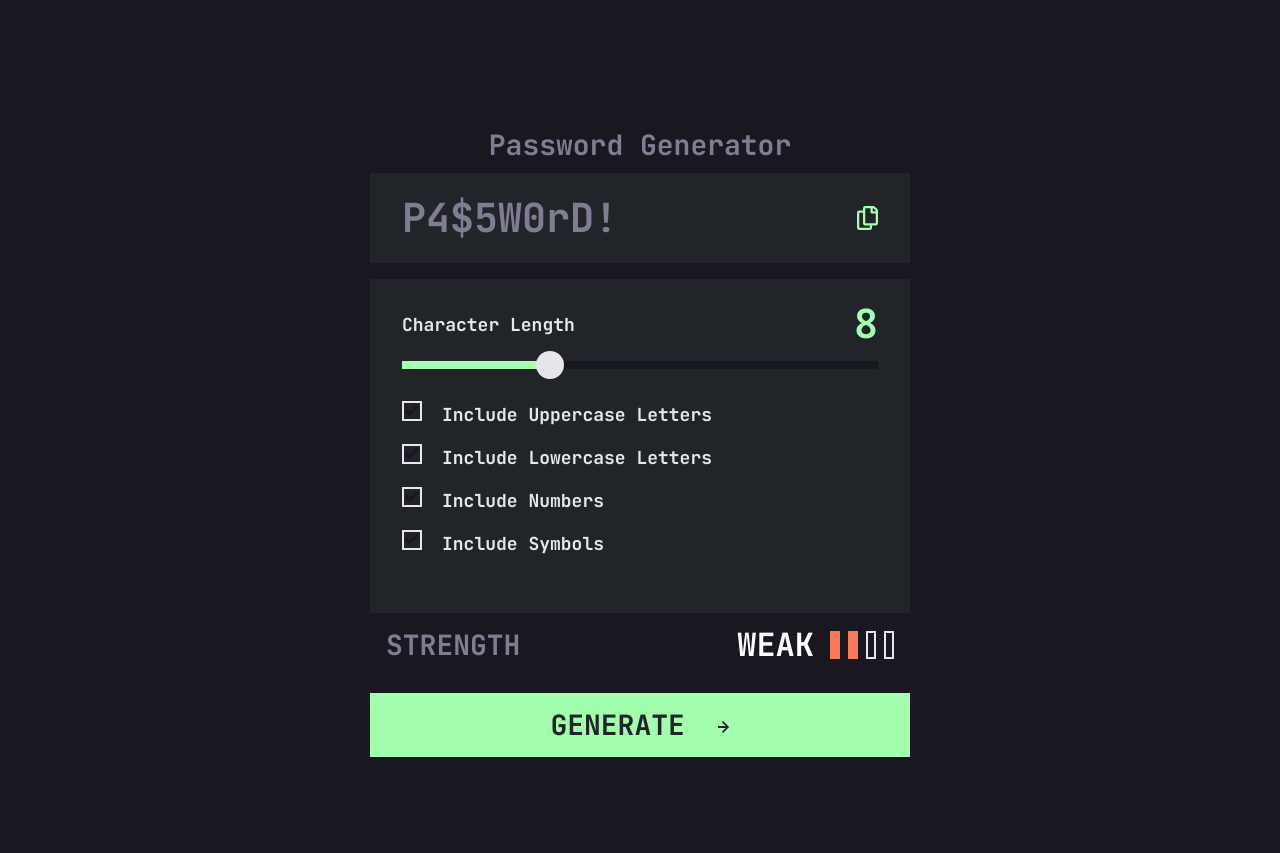
Repository: blordeus/password-generator-app
Page: starter-code/index.html
An editor plug-in stored every save of this project. The page is shown before and after the next save, followed by the edit.
The browser window is 1280 px wide. The pictures show the whole page.

Above is the page before, as saved 2023-10-05 20:44:58.

### starter-code/index.html
<!DOCTYPE html>
<html lang="en">
<head>
  <meta charset="UTF-8">
  <meta name="viewport" content="width=device-width, initial-scale=1.0">
  <link href="https://cdn.jsdelivr.net/npm/bootstrap@5.3.2/dist/css/bootstrap.min.css" rel="stylesheet" integrity="sha384-T3c6CoIi6uLrA9TneNEoa7RxnatzjcDSCmG1MXxSR1GAsXEV/Dwwykc2MPK8M2HN" crossorigin="anonymous">
  <script src="https://cdn.jsdelivr.net/npm/bootstrap@5.3.2/dist/js/bootstrap.bundle.min.js" integrity="sha384-C6RzsynM9kWDrMNeT87bh95OGNyZPhcTNXj1NW7RuBCsyN/o0jlpcV8Qyq46cDfL" crossorigin="anonymous" defer></script>
  <script src="index.js" defer></script>
  <link rel="icon" type="image/png" sizes="32x32" href="./assets/images/favicon-32x32.png">
  <link rel="stylesheet" href="./assets/style.css">
  <link href="https://fonts.googleapis.com/css2?family=JetBrains+Mono:wght@700&display=swap" rel="stylesheet">
  <title>Frontend Mentor | Password generator app</title>
</head>
<body class="bg-dar">
<main class="main">

    <h1 class="fs-3 title text-grey">Password Generator</h1>

    <div class="field bg-dark fs-1 flex">
      <p id="fieldText" class="fieldText text-grey">P4$5W0rD!</p>
      <div class="copy flex">
        <p id="copyMsg" class="fs-3 uppercase text-green">copied</p>
        <img id="copyIcon" class="copyIcon" src="./assets/images/icon-copy.svg" alt="">
      </div>
    </div>

    <div class="options bg-dark">
      <label for="slider" class="sliderLabel flex">Character Length <span class="sliderValue fs-1 text-green" id="sliderValue"></span></label>
      <input type="range" class="slider" name="slider" id="slider" min="5" max="15" value="8">
      <div class="checkboxes flex">
        <label for="inclUppercase" class="checkboxLabel" id="inclUppercase">
          <input type="checkbox" name="inclUppercase" id="inclUppercase">
          Include Uppercase Letters
          <span class="checkmark"><img src="./assets/images/icon-check.svg" alt="checked-icon"></span>
        </label>
        <label for="" class="checkboxLabel">
          <input type="checkbox" name="inclLowercase" id="inclLowercase">
          Include Lowercase Letters
          <span class="checkmark"><img src="./assets/images/icon-check.svg" alt="checked-icon"></span>
        </label>
        <label for="" class="checkboxLabel">
          <input type="checkbox" name="inclNumbers" id="inclNumbers">
          Include Numbers
          <span class="checkmark"><img src="./assets/images/icon-check.svg" alt="checked-icon"></span>
        </label>
        <label for="" class="checkboxLabel">
          <input type="checkbox" name="inclSymbols" id="inclSymbols">
          Include Symbols
          <span class="checkmark"><img src="./assets/images/icon-check.svg" alt="checked-icon"></span>
        </label>

      </div>

    </div>
    <div class="strength flex">
      <h2 class="fs-3 text-grey uppercase">Strength</h2>
      <div class="strengthLvl flex">
        <p class="fs-2 text-white uppercase" id="levelTxt">weak</p>
        <div id="bar1" class="bars bar1"></div>
        <div id="bar2" class="bars bar2"></div>
        <div id="bar3" class="bars bar3"></div>
        <div id="bar4" class="bars bar4"></div>
      </div>
    </div>

    <div class="flex">
      <button id="generateBtn" class="uppercase fs-3 bg-green text-dark button">Generate <svg width="12" height="12" xmlns="http://www.w3.org/2000/svg"><path fill="#24232C" d="m5.106 12 6-6-6-6-1.265 1.265 3.841 3.84H.001v1.79h7.681l-3.841 3.84z"/></svg></button>
    </div>

    <p id="alert" class="fs-3 alert">Please select one or more options</p>
</main>

</body>
</html>

### starter-code/assets/style.css
/* ------------------- */
/* Custom properties   */
/* ------------------- */

:root {
    /* colors */
    --clr-darkGrey: 248 10% 15%;
    --clr-grey: 251 9% 53%;
    --clr-almostWhite: 252 11% 91%;
    --clr-veryDarkGrey: 248 15% 11%;
    --clr-neonGreen: 127 100% 82%;
    --clr-red: 0 91% 63%;
    --clr-orange: 13 95% 66%;
    --clr-yellow: 42 91% 68%;

    /* font-sizes */
    --fs-1: 1.5rem;
    --fs-2: 1.125rem;
    --fs-3: 1rem;
  }

  @media (min-width: 35em) {
    :root {
      --fs-1: 2rem;
      --fs-2: 1.5rem;
      --fs-3: 1.125rem;
    }
  }

  /* ------------------- */
  /* Reset               */
  /* ------------------- */

  /* https://piccalil.li/blog/a-modern-css-reset/ */

  /* Box sizing */
  *,
  *::before,
  *::after {
    box-sizing: border-box;
  }

  /* Reset margins */
  body,
  h1,
  h2,
  h3,
  h4,
  h5,
  p,
  figure,
  picture {
    margin: 0;
  }

  h1,
  h2,
  h3,
  h4,
  h5,
  h6,
  p {
    font-weight: 400;
  }

  /* set up the body */
  body {
    font-family: "JetBrains Mono", monospace;
    font-size: var(--fs-3);
    font-weight: 700;
    color: hsl(var(--clr-almostWhite));
    background-color: hsl(var(--clr-veryDarkGrey));
    min-height: 100vh;

    overflow-x: hidden;
  }

  /* make images easier to work with */
img,
picture {
  max-width: 100%;
  display: block;
}

/* make form elements easier to work with */
input,
button,
textarea,
select {
  font: inherit;
}

/* Utility classes     */
/* ------------------- */

/* general */

.flex {
    display: flex;
  }

  .grid {
    display: grid;
  }

  .d-block {
    display: block;
  }

  .flow > *:where(:not(:first-child)) {
    margin-top: var(--flow-space, 1rem);
  }

  .sr-only {
    position: absolute;
    width: 1px;
    height: 1px;
    padding: 0;
    margin: -1px;
    overflow: hidden;
    clip: rect(0, 0, 0, 0);
    white-space: nowrap; /* added line */
    border: 0;
  }


/* colors */

.bg-veryDark {
    background-color: hsl(var(--clr-veryDarkGrey));
  }
  .bg-dark {
    background-color: hsl(var(--clr-darkGrey));
  }
  .bg-white {
    background-color: hsl(var(--clr-almostWhite));
  }
  .bg-green {
    background-color: hsl(var(--clr-neonGreen));
  }
  .bg-yellow {
    background-color: hsl(var(--clr-yellow));
  }
  .bg-orange {
    background-color: hsl(var(--clr-orange));
  }
  .bg-red {
    background-color: hsl(var(--clr-red));
  }

  .text-grey {
    color: hsl(var(--clr-grey));
  }
  .text-white {
    color: hsl(var(--clr-almostWhite));
  }
  .text-dark {
    color: hsl(var(--clr-darkGrey));
  }
  .text-green {
    color: hsl(var(--clr-neonGreen));
  }
  .text-red {
    color: hsl(var(--clr-red));
  }

/* typography */

.uppercase {
    text-transform: uppercase;
  }

  .fs-1 {
    font-size: var(--fs-1);
    line-height: 2rem;
  }

  .fs-2 {
    font-size: var(--fs-2);
    line-height: 1.485rem;
  }

  .fs-3 {
    font-size: var(--fs-3);
    line-height: 1.32rem;
  }

  @media (min-width: 35em) {
    .fs-1 {
      line-height: 2.64rem;
    }

    .fs-2 {
      line-height: 1.98rem;
    }

    .fs-3 {
      line-height: 1.485rem;
    }
  }

  /*     Layout     */
/* -------------- */

.main {
    margin-top: 4rem;
    margin-inline: 1rem;
  }

  @media (min-width: 35em) {
    .main {
      max-width: 33.75rem;
      margin-top: 8.3125rem;
      margin-inline: auto;
    }
  }

  .title {
    text-align: center;
    margin-block: 0;
    margin-bottom: 1rem;
  }

  .field {
    padding: 1rem;
    justify-content: space-between;
    align-items: center;
    margin-bottom: 1rem;
  }

  @media (min-width: 35em) {
    .field {
      padding: 1.5rem 2rem;
    }
  }

  .copy {
    gap: 1rem;
    align-items: center;
  }

  #copyMsg {
    display: none;
  }

  .copyIcon:hover {
    cursor: pointer;
  }

  .copyIcon:hover .copyIconPath {
    fill: white;
  }

  .options {
    padding: 1rem;
  }

  @media (min-width: 35em) {
    .options {
      padding: 1.5rem 2rem;
    }
  }

  .sliderLabel {
    justify-content: space-between;
    align-items: center;
  }

  .slider {
    width: 100%;
    margin-top: 1rem;
    margin-bottom: 2rem;
  }

  input[type="range"] {
    -webkit-appearance: none;
    background: hsl(var(--clr-veryDarkGrey));
    accent-color: white;
    cursor: pointer;
    height: 8px;
    background-image: linear-gradient(
      hsl(var(--clr-neonGreen)),
      hsl(var(--clr-neonGreen))
    );
    background-size: 30% 100%;
    background-repeat: no-repeat;
  }

  input[type="range"]::-webkit-slider-thumb {
    height: 28px;
    width: 28px;
    background: hsl(var(--clr-almostWhite));
    -webkit-appearance: none;
    border-radius: 14px;
  }

  input[type="range"]:hover::-webkit-slider-thumb {
    background: hsl(var(--clr-veryDarkGrey));
    border: 2px solid hsl(var(--clr-neonGreen));
    -webkit-appearance: none;
  }

  .checkboxes {
    flex-direction: column;
    gap: 1rem;
    margin-bottom: 2rem;
  }

  /* Customize the label (the container) */
  .checkboxLabel {
    display: block;
    position: relative;
    padding-left: 2.5rem;
    cursor: pointer;
    -webkit-user-select: none;
    -moz-user-select: none;
    -ms-user-select: none;
    user-select: none;
  }

  /* Hide the browser's default checkbox */
  .checkboxLabel input {
    position: absolute;
    opacity: 0;
    cursor: pointer;
    height: 0;
    width: 0;
  }

  /* Create a custom checkbox */
  .checkmark {
    position: absolute;
    top: 0;
    left: 0;
    height: 20px;
    width: 20px;
    background-color: hsl(var(--clr-darkGrey));
    border: 2px solid hsl(var(--clr-almostWhite));
    display: flex;
    justify-content: center;
    align-items: center;
  }

  /* On mouse-over, add a background color */
  .checkboxLabel:hover input ~ .checkmark {
    border-color: hsl(var(--clr-neonGreen));
  }

  /* When the checkbox is checked, add a background */
  .checkboxLabel input:checked ~ .checkmark {
    background-color: hsl(var(--clr-neonGreen));
    border-color: hsl(var(--clr-neonGreen));
  }

  /* Create the checkmark/indicator (hidden when not checked) */
  .checkmark:after {
    content: "";
    position: absolute;
    display: none;
  }

  /* Show the checkmark when checked */
  .checkboxLabel input:checked ~ .checkmark:after {
    display: block;
  }

  .strength {
    background-color: hsl(var(--clr-veryDarkGrey));
    padding: 1rem;
    justify-content: space-between;
    align-items: center;
    margin-bottom: 1rem;
  }

  .strengthLvl {
    align-items: center;
  }

  .strengthLvl p {
    margin-right: 0.5rem;
  }

  .bars {
    width: 10px;
    height: 28px;
    border: 2px solid hsl(var(--clr-almostWhite));
    margin-left: 0.5rem;
  }

  .button {
    width: 100%;
    padding-top: 1.125rem;
    padding-bottom: 1.125rem;
    border: 2px solid hsl(var(--clr-neonGreen));
  }

  .button:hover {
    background-color: hsl(var(--clr-darkGrey));
    color: hsl(var(--clr-neonGreen));
    cursor: pointer;
  }

  .button svg {
    margin-left: 1rem;
  }

  .button:hover path {
    fill: hsl(var(--clr-neonGreen));
  }

  .alert {
    display: none;
    text-align: center;
    color: hsl(var(--clr-red));
  }

  /*  Level Classes */

  .tooWeak {
    background-color: hsl(var(--clr-red));
    border: 2px solid hsl(var(--clr-red));
  }

  .weak {
    background-color: hsl(var(--clr-orange));
    border: 2px solid hsl(var(--clr-orange));
  }

  .medium {
    background-color: hsl(var(--clr-yellow));
    border: 2px solid hsl(var(--clr-yellow));
  }

  .strong {
    background-color: hsl(var(--clr-neonGreen));
    border: 2px solid hsl(var(--clr-neonGreen));
  }

### starter-code/index.js
const sliderValue = document.getElementById("sliderValue");
const slider = document.getElementById("slider");
const rangeInputs = document.querySelectorAll('input[type="range"]');
const bar1 = document.getElementById("bar1");
const bar2 = document.getElementById("bar2");
const bar3 = document.getElementById("bar3");
const bar4 = document.getElementById("bar4");

/* slider */
sliderValue.innerHTML = slider.value;
bar1.classList.add("weak");
bar2.classList.add("weak");

slider.oninput = function () {
  sliderValue.innerHTML = this.value;

  /* Strength */

  const levelTxt = document.getElementById("levelTxt");

  if (slider.value < 7) {
    levelTxt.innerHTML = "too weak!";
    bar1.classList.remove("tooWeak", "weak", "medium", "strong");
    bar2.classList.remove("tooWeak", "weak", "medium", "strong");
    bar3.classList.remove("tooWeak", "weak", "medium", "strong");
    bar4.classList.remove("tooWeak", "weak", "medium", "strong");
    bar1.classList.remove("weak");
    bar1.classList.add("tooWeak");
  }

  if (slider.value < 9 && slider.value >= 7) {
    levelTxt.innerHTML = "weak";
    bar1.classList.remove("tooWeak", "weak", "medium", "strong");
    bar2.classList.remove("tooWeak", "weak", "medium", "strong");
    bar3.classList.remove("tooWeak", "weak", "medium", "strong");
    bar4.classList.remove("tooWeak", "weak", "medium", "strong");
    bar1.classList.add("weak");
    bar2.classList.add("weak");
  }

  if (slider.value < 11 && slider.value >= 9) {
    levelTxt.innerHTML = "medium";
    bar1.classList.remove("tooWeak", "weak", "medium", "strong");
    bar2.classList.remove("tooWeak", "weak", "medium", "strong");
    bar3.classList.remove("tooWeak", "weak", "medium", "strong");
    bar4.classList.remove("tooWeak", "weak", "medium", "strong");
    bar1.classList.add("medium");
    bar2.classList.add("medium");
    bar3.classList.add("medium");
  }

  if (slider.value >= 11) {
    levelTxt.innerHTML = "strong";
    bar1.classList.remove("tooWeak", "weak", "medium", "strong");
    bar2.classList.remove("tooWeak", "weak", "medium", "strong");
    bar3.classList.remove("tooWeak", "weak", "medium", "strong");
    bar4.classList.remove("tooWeak", "weak", "medium", "strong");
    bar1.classList.add("strong");
    bar2.classList.add("strong");
    bar3.classList.add("strong");
    bar4.classList.add("strong");
  }
};

function handleInputChange(e) {
  let target = e.target;

  const min = target.min;
  const max = target.max;
  const val = target.value;

  target.style.backgroundSize = ((val - min) * 100) / (max - min) + "% 100%";
}

rangeInputs.forEach((input) => {
  input.addEventListener("input", handleInputChange);
});

/*    Copy to clipboard */
const copyIcon = document.getElementById("copyIcon");
const copyMsg = document.getElementById("copyMsg");

copyIcon.addEventListener("click", copyField);

function copyField() {
  /* Get the text field */
  var copyText = document.getElementById("fieldText").innerHTML;

  /* Copy the text inside the text field */
  navigator.clipboard.writeText(copyText);

  copyMsg.style.display = "initial";
}

/* Generate Password */

const generateBtn = document.getElementById("generateBtn");
generateBtn.addEventListener("click", generate);
const fieldText = document.getElementById("fieldText");

function generate(length) {
  const uppercase = document.getElementById("inclUppercase");
  const lowercase = document.getElementById("inclLowercase");
  const numbers = document.getElementById("inclNumber");
  const symbols = document.getElementById("inclSymbol");
  const alert = document.getElementById("alert");

  if (
    uppercase.checked === false &&
    lowercase.checked === false &&
    numbers.checked === false &&
    symbols.checked === false
  ) {
    alert.style.display = "block";
  } else {
    const uppercaseChars = "ABCDEFGHIJKLMNOPQRSTUVWXYZ";
    const lowercaseChars = "abcdefghijklmnopqrstuvwxyz";
    const numbersChars = "0123456789";
    const symbolsChars = "@#&(§!-)^$*%+=/?";

    let chars = "";
    var length = slider.value;

    if (uppercase.checked === true) {
      chars += uppercaseChars;
    }
    if (lowercase.checked === true) {
      chars += lowercaseChars;
    }
    if (numbers.checked === true) {
      chars += numbersChars;
    }
    if (symbols.checked === true) {
      chars += symbolsChars;
    }

    let password = "";
    let passwordLength = length;
    const array = new Uint32Array(length); // Create 'unsigned' array
    window.crypto.getRandomValues(array);
    for (let i = 0; i < passwordLength; i++) {
      password += chars[array[i] % chars.length]; // % operator returns remainder of division
    }

    fieldText.innerHTML = password;
    fieldText.style.color = "hsl( var(--clr-almostWhite) )";
    copyMsg.style.display = "none";
    alert.style.display = "none";

    return password;
  }
}

After the next save:
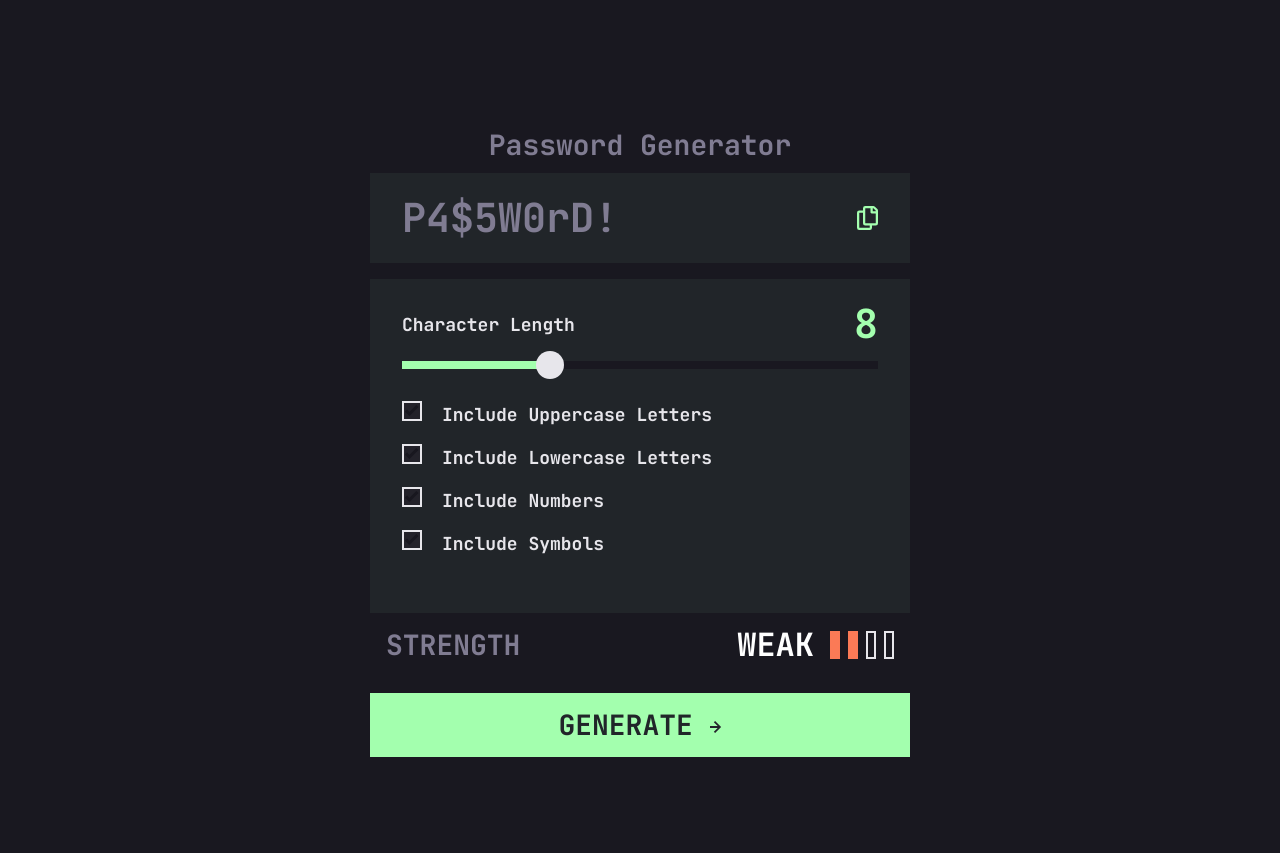
Saved 17 s later.
--- a/starter-code/assets/style.css
+++ b/starter-code/assets/style.css
@@ -400,6 +400,8 @@
     cursor: pointer;
   }
 
+  .button:hover p
+
   .button svg {
     margin-left: 1rem;
   }

After the save that followed:
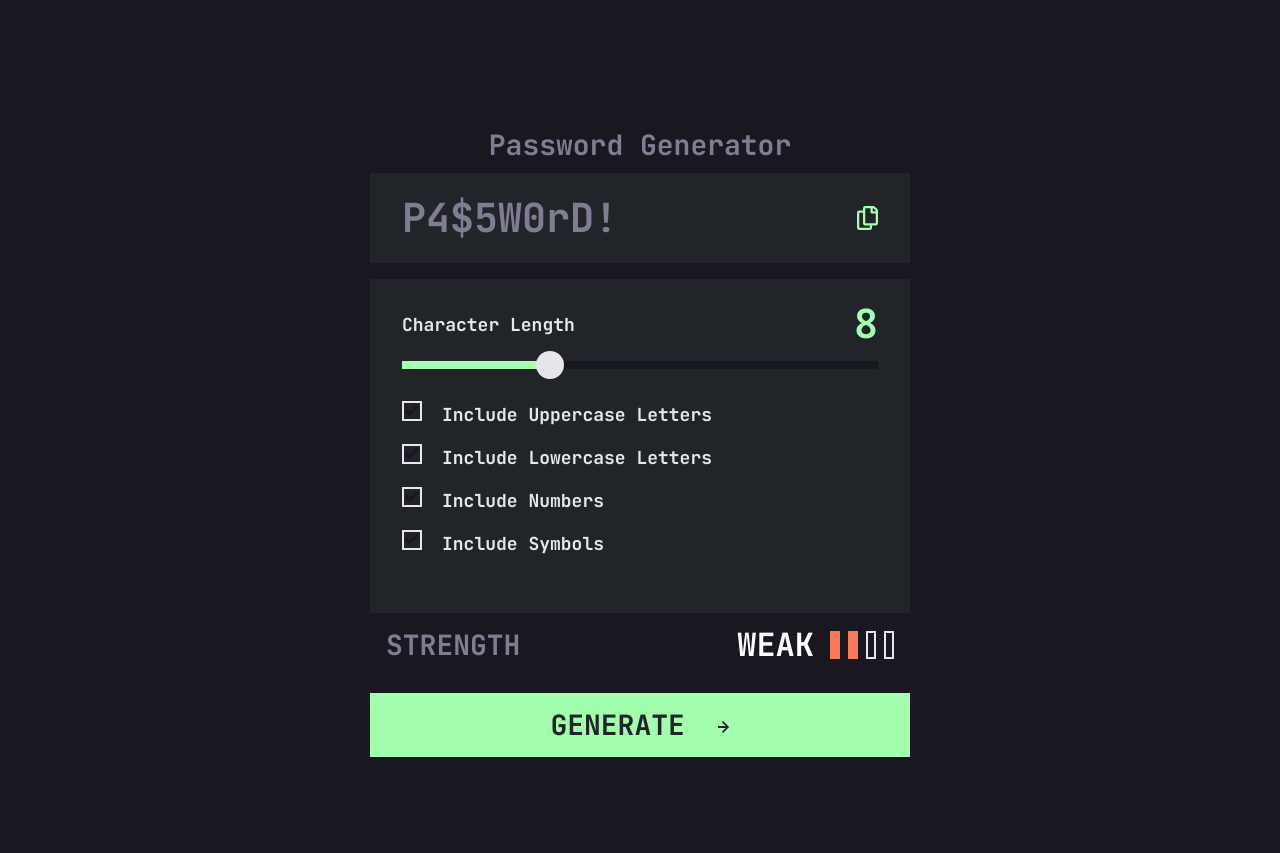
Saved 4 s later.
--- a/starter-code/assets/style.css
+++ b/starter-code/assets/style.css
@@ -400,7 +400,9 @@
     cursor: pointer;
   }
 
-  .button:hover p
+  .button:hover p {
+    color: hsl(var(--clr-neonGreen));
+  }
 
   .button svg {
     margin-left: 1rem;
